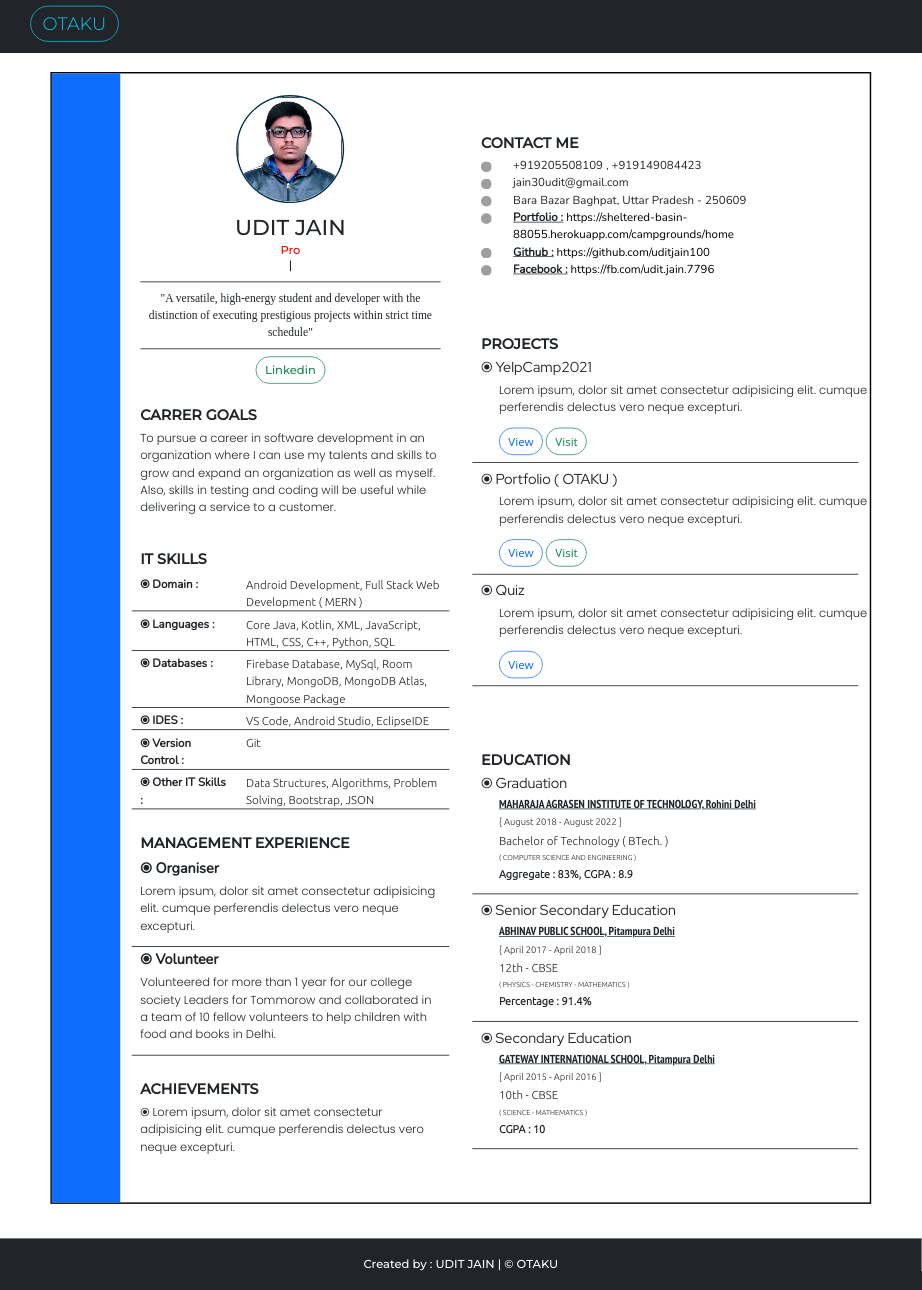
Repository: uditjain100/Responsive-Resume
Page: layouts/index.html
An editor plug-in stored every save of this project. The page is shown before and after the next save, followed by the edit.
The browser window is 1280 px wide. The pictures show the whole page, at 72% of full size.
Pictures or frames that could not be fetched are drawn as grey boxes. Some web fonts or font styles are not loaded; a fallback is used. Some web libraries are served in a nearby version.

Above is the page before, as saved 2021-03-01 20:01:23.

### layouts/index.html
<!DOCTYPE html>
<html lang="en">
  <head>
    <meta charset="UTF-8" />
    <meta http-equiv="X-UA-Compatible" content="IE=edge" />
    <meta name="viewport" content="width=device-width, initial-scale=1.0" />
    <title>Udit Jain</title>
    <link rel="stylesheet" href="app.css" />
    <link
      href="https://cdn.jsdelivr.net/npm/bootstrap@5.0.0-beta1/dist/css/bootstrap.min.css"
      rel="stylesheet"
      integrity="sha384-giJF6kkoqNQ00vy+HMDP7azOuL0xtbfIcaT9wjKHr8RbDVddVHyTfAAsrekwKmP1"
      crossorigin="anonymous"
    />

    <link rel="preconnect" href="https://fonts.gstatic.com" />
    <link
      href="https://fonts.googleapis.com/css2?family=Montserrat:wght@300;500&display=swap"
      rel="stylesheet"
    />
    <link
      href="https://fonts.googleapis.com/css2?family=Roboto+Slab:wght@300&display=swap"
      rel="stylesheet"
    />
    <link
      href="https://fonts.googleapis.com/css2?family=Spartan:wght@500&display=swap"
      rel="stylesheet"
    />
    <link
      href="https://fonts.googleapis.com/css2?family=Red+Hat+Display&display=swap"
      rel="stylesheet"
    />
    <link
      href="https://fonts.googleapis.com/css2?family=Ubuntu:wght@300&display=swap"
      rel="stylesheet"
    />
    <link
      href="https://fonts.googleapis.com/css2?family=Quicksand:wght@700&display=swap"
      rel="stylesheet"
    />
    <link
      href="https://fonts.googleapis.com/css2?family=Nunito&display=swap"
      rel="stylesheet"
    />
    <link
      href="https://fonts.googleapis.com/css2?family=Akaya+Kanadaka&display=swap"
      rel="stylesheet"
    />
    <link
      href="https://fonts.googleapis.com/css2?family=Akaya+Kanadaka&family=PT+Sans+Narrow:wght@700&display=swap"
      rel="stylesheet"
    />
    <link
      href="https://fonts.googleapis.com/css2?family=Poppins:wght@300&display=swap"
      rel="stylesheet"
    />
  </head>
  <body>
    <header class="header">
      <nav class="navbar navbar-expand-lg navbar-light bg-dark pb-3 fixed-top">
        <div class="container-fluid">
          <a
            id="navtitle"
            class="navbar-brand text-info px-3 rounded-pill border border-info"
            href="#"
            >OTAKU</a
          >
        </div>
      </nav>
    </header>

    <div class="container">
      <div id="wholewindow" class="row">
        <div class="col-1 bg-primary"></div>
        <div id="leftwindow" class="col-5">
          <div id="namebox" style="border: none" class="card">
            <img
              id="profileimg"
              src="profile.jpg"
              class="card-img-top"
              alt="..."
            />
            <div class="card-body">
              <h3 class="card-title" style="font-size: 30px; font-weight: 400">
                UDIT JAIN
              </h3>
              <h6 class="card-subtitle mx-auto"></h6>
              <p id="summary">
                "A versatile, high-energy student and developer with the
                distinction of executing prestigious projects within strict time
                schedule"
              </p>
              <a
                href="https://linkedin.com/in/udit-jain-8a38a016a/"
                class="btn btn-outline-success rounded-pill"
                >Linkedin</a
              >
            </div>
          </div>
          <div id="goalbox" style="border: none" class="card">
            <div class="card-body">
              <h3 class="card-title">CARRER GOALS</h3>
              <p>
                To pursue a career in software development in an organization
                where I can use my talents and skills to grow and expand an
                organization as well as myself. Also, skills in testing and
                coding will be useful while delivering a service to a customer.
              </p>
            </div>
          </div>
          <div id="itskillsbox" style="border: none" class="card">
            <div class="card-body">
              <h3 class="card-title">IT SKILLS</h3>
              <ul class="list-group">
                <li id="itskillsitem" class="row">
                  <span class="col-4" id="que">⦿ Domain : </span>
                  <span class="col-8" id="ans"
                    >Android Development, Full Stack Web Development ( MERN
                    )</span
                  >
                </li>
                <li id="itskillsitem" class="row">
                  <span class="col-4" id="que">⦿ Languages : </span>
                  <span class="col-8" id="ans"
                    >Core Java, Kotlin, XML, JavaScript, HTML, CSS, C++, Python,
                    SQL</span
                  >
                </li>
                <li id="itskillsitem" class="row">
                  <span class="col-4" id="que">⦿ Databases : </span>
                  <span class="col-8" id="ans"
                    >Firebase Database, MySql, Room Library, MongoDB, MongoDB
                    Atlas, Mongoose Package</span
                  >
                </li>
                <li id="itskillsitem" class="row">
                  <span class="col-4" id="que">⦿ IDES : </span>
                  <span class="col-8" id="ans"
                    >VS Code, Android Studio, EclipseIDE</span
                  >
                </li>
                <li id="itskillsitem" class="row">
                  <span class="col-4" id="que">⦿ Version Control : </span>
                  <span class="col-8" id="ans">Git</span>
                </li>
                <li id="itskillsitem" class="row">
                  <span class="col-4" id="que">⦿ Other IT Skills : </span>
                  <span class="col-8" id="ans"
                    >Data Structures, Algorithms, Problem Solving, Bootstrap,
                    JSON</span
                  >
                </li>
              </ul>
            </div>
          </div>
          <div id="managementskillsbox" style="border: none" class="card">
            <div class="card-body">
              <h3 class="card-title">MANAGEMENT EXPERIENCE</h3>
              <ul class="list-group">
                <li id="managementskillsitem" class="row">
                  <h5 id="que" class="display-10">⦿ Organiser</h5>
                  <p>
                    Lorem ipsum, dolor sit amet consectetur adipisicing elit.
                    cumque perferendis delectus vero neque excepturi.
                  </p>
                </li>
                <li id="managementskillsitem" class="row">
                  <h5 id="que" class="display-10">⦿ Volunteer</h5>
                  <p>
                    Volunteered for more than 1 year for our college society
                    Leaders for Tommorow and collaborated in a team of 10 fellow
                    volunteers to help children with food and books in Delhi.
                  </p>
                </li>
              </ul>
            </div>
          </div>
          <div id="achievementsbox" style="border: none" class="card">
            <div class="card-body">
              <h3 class="card-title">ACHIEVEMENTS</h3>
              <ul class="list-group">
                <li id="achievementitem" class="row">
                  <p>
                    ⦿ Lorem ipsum, dolor sit amet consectetur adipisicing elit.
                    cumque perferendis delectus vero neque excepturi.
                  </p>
                </li>
              </ul>
            </div>
          </div>
        </div>
        <div id="rightwindow" class="col-6">
          <div id="contactbox" style="border: none" class="card my-5">
            <div class="card-body">
              <h3 class="card-title">CONTACT ME</h3>
              <ul class="list-group">
                <li id="contactitem" class="row">
                  <div class="col-1">
                    <img
                      src="https://cdn.jsdelivr.net/npm/simple-icons@3.0.1/icons/android.svg"
                      alt=""
                    />
                  </div>
                  <div class="col-11">+919205508109 , +919149084423</div>
                </li>
                <li id="contactitem" class="row">
                  <div class="col-1">
                    <img
                      src="https://cdn.jsdelivr.net/npm/simple-icons@3.0.1/icons/gmail.svg"
                      alt=""
                    />
                  </div>
                  <div class="col-11">jain30udit@gmail.com</div>
                </li>
                <li id="contactitem" class="row">
                  <div class="col-1">
                    <img
                      src="https://cdn.jsdelivr.net/npm/simple-icons@3.0.1/icons/googlemaps.svg"
                      alt=""
                    />
                  </div>
                  <div class="col-11">
                    Bara Bazar Baghpat, Uttar Pradesh - 250609
                  </div>
                </li>
                <li id="contactitem" class="row">
                  <div class="col-1">
                    <img
                      src="https://cdn.jsdelivr.net/npm/simple-icons@4.13.0/icons/webpack.svg"
                      alt=""
                    />
                  </div>
                  <div style="text-align: left; margin-left: 0" class="col-11">
                    <span style="text-decoration: underline; font-weight: 800"
                      >Portfolio :</span
                    >
                    <a
                      href="https://sheltered-basin-88055.herokuapp.com/campgrounds/home"
                      ><span
                        >https://sheltered-basin-88055.herokuapp.com/campgrounds/home</span
                      ></a
                    >
                  </div>
                </li>
                <li id="contactitem" class="row">
                  <div class="col-1">
                    <img
                      src="https://cdn.jsdelivr.net/npm/simple-icons@4.13.0/icons/github.svg"
                      alt=""
                    />
                  </div>
                  <div style="text-align: left; margin-left: 0" class="col-11">
                    <span style="text-decoration: underline; font-weight: 800"
                      >Github :</span
                    >
                    <a href="https://github.com/uditjain100"
                      ><span>https://github.com/uditjain100</span></a
                    >
                  </div>
                </li>
                <li id="contactitem" class="row">
                  <div class="col-1">
                    <img
                      src="https://cdn.jsdelivr.net/npm/simple-icons@4.13.0/icons/facebook.svg"
                      alt=""
                    />
                  </div>
                  <div style="text-align: left; margin-left: 0" class="col-11">
                    <span style="text-decoration: underline; font-weight: 800"
                      >Facebook :</span
                    >
                    <a href="https://fb.com/udit.jain.7796"
                      ><span>https://fb.com/udit.jain.7796</span></a
                    >
                  </div>
                </li>
              </ul>
            </div>
          </div>
          <div id="projectbox" style="border: none" class="card my-5">
            <div class="card-body">
              <h3 class="card-title">PROJECTS</h3>
              <ul class="list-group">
                <li id="projectitem" class="row">
                  <h5 id="projecttitle" class="display-10">⦿ YelpCamp2021</h5>
                  <div id="projectdetails">
                    <p>
                      Lorem ipsum, dolor sit amet consectetur adipisicing elit.
                      cumque perferendis delectus vero neque excepturi.
                    </p>
                    <span>
                      <a href="" class="btn btn-outline-primary rounded-pill"
                        >View</a
                      >
                      <a href="" class="btn btn-outline-success rounded-pill"
                        >Visit</a
                      >
                    </span>
                  </div>
                </li>
                <li id="projectitem" class="row">
                  <h5 id="projecttitle" class="display-10">
                    ⦿ Portfolio ( OTAKU )
                  </h5>
                  <div id="projectdetails">
                    <p>
                      Lorem ipsum, dolor sit amet consectetur adipisicing elit.
                      cumque perferendis delectus vero neque excepturi.
                    </p>
                    <span>
                      <a
                        href="https://github.com/uditjain100/YelpCamp2021"
                        class="btn btn-outline-primary rounded-pill"
                        >View</a
                      >
                      <a
                        href="https://sheltered-basin-88055.herokuapp.com/campgrounds/home"
                        class="btn btn-outline-success rounded-pill"
                        >Visit</a
                      >
                    </span>
                  </div>
                </li>
                <li id="projectitem" class="row">
                  <h5 id="projecttitle" class="display-10">⦿ Quiz</h5>
                  <div id="projectdetails">
                    <p>
                      Lorem ipsum, dolor sit amet consectetur adipisicing elit.
                      cumque perferendis delectus vero neque excepturi.
                    </p>
                    <span>
                      <a
                        href="https://github.com/uditjain100/Quiz"
                        class="btn btn-outline-primary rounded-pill"
                        >View</a
                      >
                    </span>
                  </div>
                </li>
              </ul>
            </div>
          </div>
          <div id="educationbox" style="border: none" class="card my-5">
            <div class="card-body">
              <h3 class="card-title">EDUCATION</h3>
              <ul class="list-group">
                <li id="educationitem" class="row">
                  <h5 id="educationtitle" class="display-10">⦿ Graduation</h5>
                  <div id="details" style="margin-left: 25px">
                    <h6
                      id="institutename"
                      style="font-family: 'PT Sans Narrow'"
                      class="display-12"
                    >
                      MAHARAJA AGRASEN INSTITUTE OF TECHNOLOGY, Rohini Delhi
                    </h6>
                    <h6
                      class="text-fade"
                      id="timestamp"
                      style="font-weight: 400"
                    >
                      [ August 2018 - August 2022 ]
                    </h6>
                    <h6 id="stream">Bachelor of Technology ( BTech. )</h6>
                    <h6 id="subjects">( COMPUTER SCIENCE AND ENGINEERING )</h6>
                    <h6 id="marks">Aggregate : 83%, CGPA : 8.9</h6>
                  </div>
                </li>
                <li id="educationitem" class="row">
                  <h5 id="educationtitle" class="display-10">
                    ⦿ Senior Secondary Education
                  </h5>
                  <div id="details" style="margin-left: 25px">
                    <h6
                      id="institutename"
                      style="font-family: 'PT Sans Narrow'"
                      class="display-12"
                    >
                      ABHINAV PUBLIC SCHOOL, Pitampura Delhi
                    </h6>
                    <h6
                      class="text-fade"
                      id="timestamp"
                      style="font-weight: 400"
                    >
                      [ April 2017 - April 2018 ]
                    </h6>
                    <h6 id="stream">12th - CBSE</h6>
                    <h6 id="subjects">( PHYSICS - CHEMISTRY - MATHEMATICS )</h6>
                    <h6 id="marks">Percentage : 91.4%</h6>
                  </div>
                </li>
                <li id="educationitem" class="row">
                  <h5 id="educationtitle" class="display-10">
                    ⦿ Secondary Education
                  </h5>
                  <div id="details" style="margin-left: 25px">
                    <h6
                      id="institutename"
                      style="font-family: 'PT Sans Narrow'"
                      class="display-12"
                    >
                      GATEWAY INTERNATIONAL SCHOOL, Pitampura Delhi
                    </h6>
                    <h6
                      class="text-fade"
                      id="timestamp"
                      style="font-weight: 400"
                    >
                      [ April 2015 - April 2016 ]
                    </h6>
                    <h6 id="stream">10th - CBSE</h6>
                    <h6 id="subjects">( SCIENCE - MATHEMATICS )</h6>
                    <h6 id="marks">CGPA : 10</h6>
                  </div>
                </li>
              </ul>
            </div>
          </div>
        </div>
      </div>
    </div>

    <footer class="footer bg-dark mt-5 py-4">
      <div class="container">
        <span class="" style="text-align: center"
          >Created by : UDIT JAIN | &copy; OTAKU</span
        >
      </div>
    </footer>

    <script
      src="https://cdn.jsdelivr.net/npm/@popperjs/core@2.6.0/dist/umd/popper.min.js"
      integrity="sha384-KsvD1yqQ1/1+IA7gi3P0tyJcT3vR+NdBTt13hSJ2lnve8agRGXTTyNaBYmCR/Nwi"
      crossorigin="anonymous"
    ></script>
    <script
      src="https://cdn.jsdelivr.net/npm/bootstrap@5.0.0-beta2/dist/js/bootstrap.min.js"
      integrity="sha384-nsg8ua9HAw1y0W1btsyWgBklPnCUAFLuTMS2G72MMONqmOymq585AcH49TLBQObG"
      crossorigin="anonymous"
    ></script>

    <script src="https://cdnjs.cloudflare.com/ajax/libs/typed.js/2.0.11/typed.min.js"></script>

    <script src="app.js"></script>
  </body>
</html>

### layouts/app.css
/* * Common Section */

@keyframes transitionIn {
  from {
    opacity: 0;
    transform: rotateY(-10deg);
  }
  to {
    opacity: 1;
    transform: rotateY(0);
  }
}

html {
  animation: transitionIn 1s;
}

/* * Navbar Section */

#navtitle {
  font-family: "Montserrat";
  font-size: 25px;
  font-weight: 300;
  margin-left: 30px;
}

#navlist li {
  font-family: "Montserrat";
  font-weight: 200;
  margin: 10px;
  padding: 10px;
  font-size: 20px;
  transition: 0.1s;
  display: flex;
  flex-direction: column-reverse;
  align-items: center;
}

#navlist li img {
  width: 30px;
  display: none;
  height: 30px;
  margin: 5px;
  border-radius: 50%;
}

#navlist li:hover {
  font-weight: 500;
  border-bottom-left-radius: 10%;
  border-bottom-right-radius: 10%;
  border-bottom: 2px white solid;
}

@media (max-width: 993px) {
  #navlist li img {
    display: flex;
    background-color: grey;
  }
}

/*  ********************* resume work */

#wholewindow {
  margin-top: 100px;
  border: 2px black solid;
  display: flex;
  flex-direction: row;
  flex-wrap: wrap;
  justify-content: space-evenly;
  /* align-items: center; */
}

#leftwindow,
#rightwindow {
  margin-top: 20px;
  min-width: 300px;
}

#namebox {
  display: flex;
  flex-direction: column;
  flex-wrap: wrap;
  align-items: center;
  text-align: center;
  font-family: "Montserrat";
}

#profileimg {
  width: 150px;
  height: 150px;
  border-radius: 50%;
  border: 2px #003049 solid;
  margin-top: 10px;
}
#summary {
  font-family: "Akaya Kanadaka";
  margin-top: 10px;
  margin-bottom: 10px;
  padding-top: 10px;
  padding-bottom: 10px;

  border-bottom: 1px black solid;
  border-top: 1px black solid;
}

.card-subtitle {
  color: red;
}

#itskillsitem,
#managementskillsitem {
  border-bottom: 1px black solid;
  margin-top: 3px;
  margin-bottom: 3px;
}

#que {
  font-family: "Nunito";
  font-weight: 900;
  text-align: left;
}

#ans {
  font-family: "Ubuntu";
  font-weight: 400;
  text-align: left;
}

li img {
  width: 15px;
  height: 15px;
  border-radius: 50%;
  margin-right: 5px;
}

#contactitem {
  font-family: "Nunito";
}

#contactitem div a {
  color: black;
  text-decoration: none;
  transition: 0.3s;
}

#contactitem div a:hover {
  color: dodgerblue;
  text-decoration: underline;
}

#educationtitle {
  font-family: "Red Hat Display";
  font-weight: 200;
}

#educationitem,
#projectitem {
  margin-bottom: 10px;
  padding-bottom: 10px;
  border-bottom: 1px black solid;
}

#details {
  font-family: "Ubuntu";
}

#institutename {
  text-decoration: underline;
}

#timestamp {
  font-size: 13px;
}

#stream {
  font-size: 16px;
  font-weight: 400;
}

#subjects {
  font-size: 10px;
  font-weight: 300;
}

#marks {
  font-size: 15px;
  font-weight: 700;
}

#projecttitle {
  font-family: "Red Hat Display";
  font-weight: 400;
}

#projectdetails {
  margin-left: 25px;
}

p {
  font-family: "Poppins";
}

.card {
  background-color: black;
}

.card-title {
  font-family: "Montserrat";
  font-weight: 900;
  font-size: 20px;
  border: none;
}

/* * Common Section */

.footer {
  position: -webkit-sticky;
  left: 0;
  bottom: 0;
  width: 100%;
  color: white;
  text-align: center;
  font-family: "Montserrat";
}

### layouts/app.js
var typed = new Typed(".card-subtitle", {
  strings: ["Student", "Programmer", "Developer", "Engineer"],
  typeSpeed: 100,
  backSpeed: 60,
  loop: true,
});

After the next save:
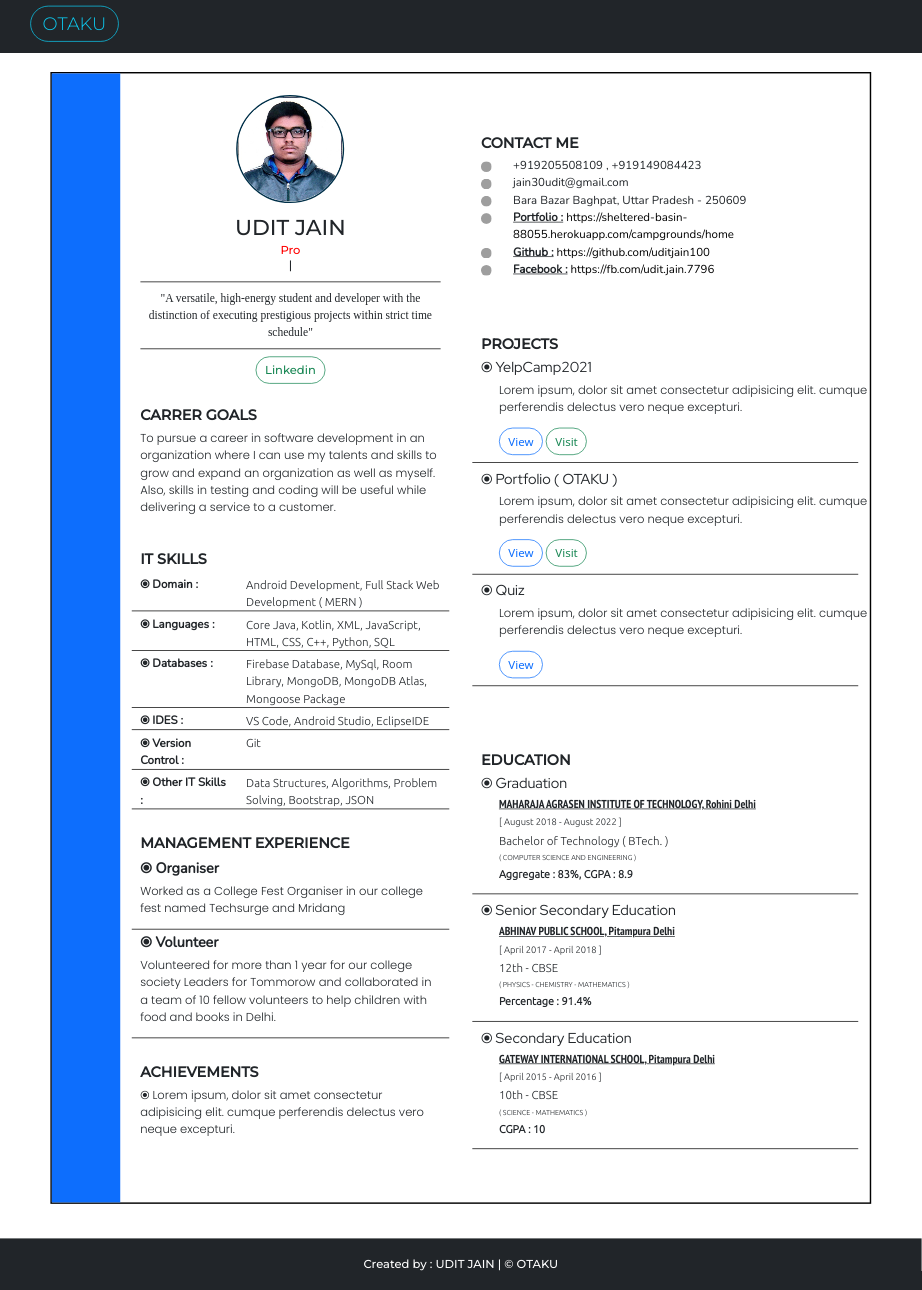
Saved 15 min 51 s later.
--- a/layouts/index.html
+++ b/layouts/index.html
@@ -160,8 +160,8 @@
                 <li id="managementskillsitem" class="row">
                   <h5 id="que" class="display-10">⦿ Organiser</h5>
                   <p>
-                    Lorem ipsum, dolor sit amet consectetur adipisicing elit.
-                    cumque perferendis delectus vero neque excepturi.
+                    Worked as a College Fest Organiser in our college fest named
+                    <span>Techsurge and Mridang </span>
                   </p>
                 </li>
                 <li id="managementskillsitem" class="row">
